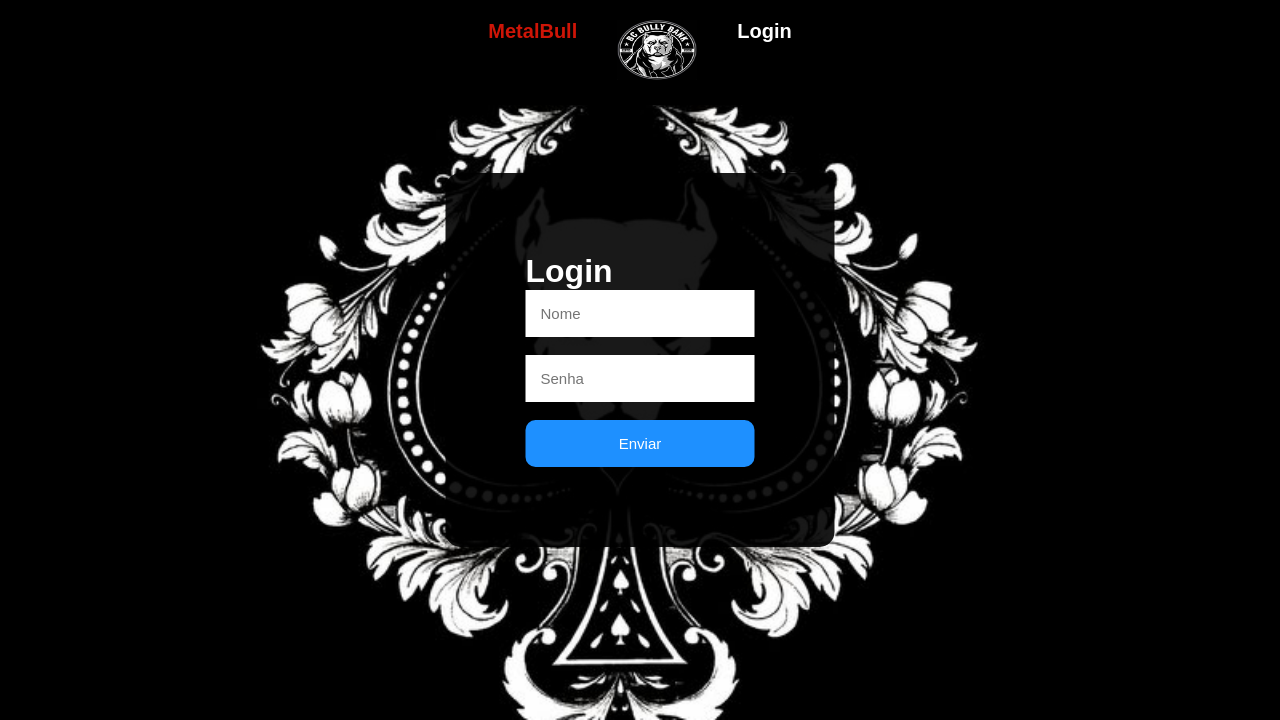
Repository: Vitor4863/Projeto-MetalBull
Page: http://localhost/MetalBull/
The author's editor kept a copy of each file at every save. The page is drawn from the files as they stood at one save, then again after the next save.
The browser window is 1280 px wide. The pictures show the whole page.
The page is served by Tomcat 9. Other server files are loaded and not shown.

Above is the page before, as saved 2022-06-23 21:52:02.

### MetalBull/src/main/webapp/index.jsp
<%@ page language="java" contentType="text/html; charset=ISO-8859-1"
	pageEncoding="ISO-8859-1"%>
<!DOCTYPE html>
<html>
<head>
<meta charset="ISO-8859-1">
<title>Insert title here</title>
</head>
<link rel="stylesheet" href="estilo.css">
<body>
	<style>
body {
	font-family: Arial, Helvetica, sans-serif;
	background-image: url("Image/pit2.jpg");
	background-repeat: no-repeat;
	background-size: cover;
	width: 100vw;
	height: 100vh;
}

div {
	background-color: rgba(0, 0, 0, 0.9);
	position: absolute;
	top: 50%;
	left: 50%;
	transform: translate(-50%, -50%);
	padding: 80px;
	border-radius: 15px;
	color: #fff;
}

input {
	padding: 15px;
	border: none;
	outline: none;
	font-size: 15px;
}

button {
	background-color: dodgerblue;
	border: none;
	padding: 15px;
	width: 100%;
	border-radius: 10px;
	color: white;
	font-size: 15px;
}

button:hover {
	background-color: deepskyblue;
	cursor: pointer;
}
</style>
</head>
<body>
	<nav class="PitBull">
		<ul>
			<li><span style="color: #ce1507">MetalBull</span></li>
			<li><img src="img/Dog.jpg" height="60px" width="80"></li>
			<li><a href="index.jsp" style="color: white;">Login </a></li>

		</ul>
	</nav>
	<div>
		<h1>Login</h1>
		<input type="text" placeholder="Nome"> <br>
		<br> <input type="password" placeholder="Senha"> <br>
		<br>
		<button>Enviar</button>
	</div>
</body>


</html>

### MetalBull/src/main/webapp/estilo.css
@charset "ISO-8859-1";
* {
	margin: 0;
	padding: 0;
	box-sizing: border-box;
	text-decoration: none;
	list-style: none;
	font-family: 'Montserrat', sans-serif;

}

.PitBull {
	width: 100vw;
}

.PitMain {
	background-image: url("img/R.jpg");
	background-repeat: no-repeat;
	background-size: cover;
	width: 100vw;
	height: 100vh;
}

.PitBull ul {
	display: flex;
	flex-direction: row;
	gap: 40px;
	width: 100%;
	justify-content: center;
	padding: 20px;
	background-color: #000000;
	color: white;
	font-weight: bold;
	font-size: 20px;
}

.PitForm {
	display: flex;
	flex-direction: column;
	padding: 45px;
	width: 800px;
	height: 400px;
	background-color: white;
	margin: 0 auto;
	margin-top: 4px;
	border-radius: 15px;
	box-shadow: 3px 3px 3px 3px rgba(0, 0, 0, 0.2);
	width: 800px;
	align-items: center;
	align-self: center;
}

.PitForm input {
	border-radius: 8px;
	border: 1px solid gray;
	width: 80px;
	padding: 10px;
	width: 400px;
	background-color: #d3d3d3;
}

.PitForm div {
	display: flex;
	align-items: center;
	gap: 15px;
	margin-bottom: 30px;
	gap: 15px;
}

#PitButton {
	background-color: black;
	border: none;
	color: white;
	font-weight: bold;
	cursor: pointer;

}
table{
	border: none;


	display: flex;
	flex-direction: column;
	padding: 45px;
	width: 800px;
	height: 400px;
	background-color: #8B0000;
	color: #d3d3d3;
	margin: 0 auto;
	margin-top: 4px;
	border-radius: 15px;
	box-shadow: 3px 3px 3px 3px rgba(0, 0, 0, 0.2);
	width: 800px;
	align-items: center;
	align-self: center;
	page-break-inside: auto;
	font-family: Arial, Helvetica, sans-serif;
	border-collapse: collapse;
	width: 100%;
	margin-top: 10px;


}
th{
	border: none;
	font-size: 20px;
	width: 50px;
  padding: 8px;


}
td{
	border:none ;
	width: 30px;


}
#Button{
	width:60px;
    margin: 5px;
	margin-top: 5px;
	background-color: #000000;
	color: #ff0000;
	cursor: pointer;
}

footer {
    position: absolute;
    background-color: black;
    color: #FFF;
    width: 100%;
    height: 100px;
    text-align: center;
    line-height: 100px;
	box-shadow: 5px 5px 5px rgba(0, 0, 0, 0.2);
}

After the next save:
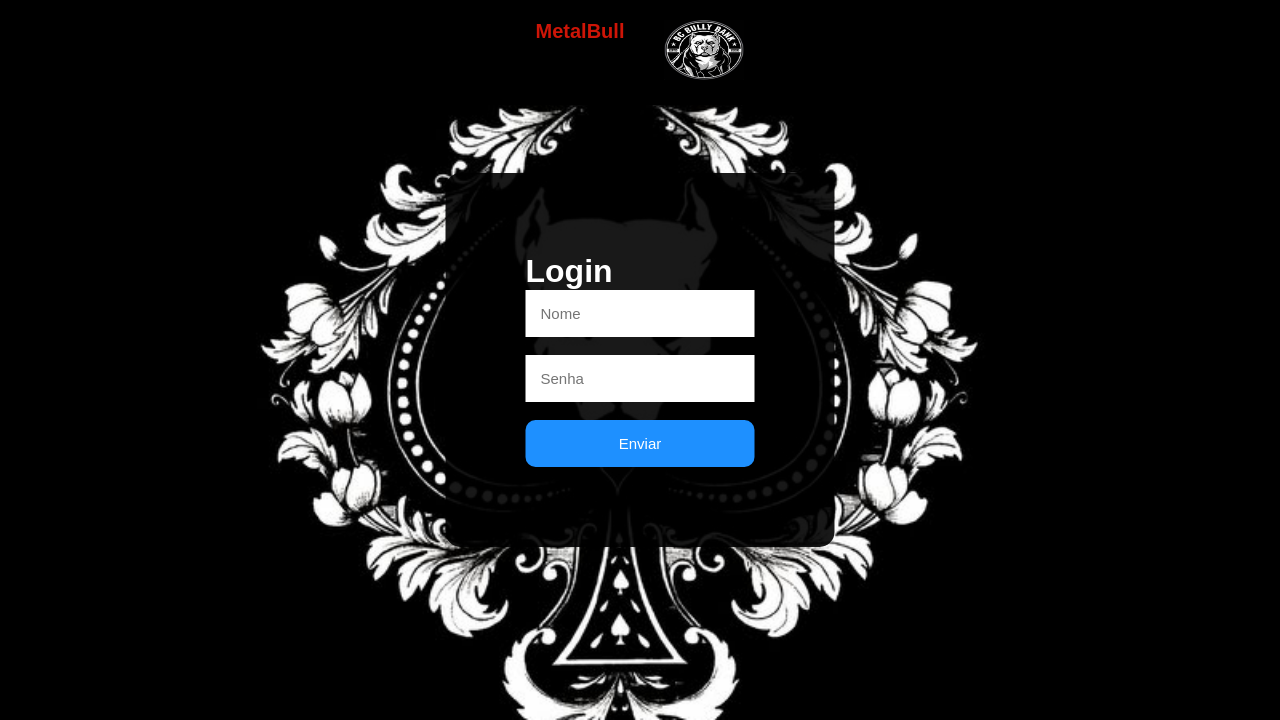
Saved 17 s later.
--- a/MetalBull/src/main/webapp/index.jsp
+++ b/MetalBull/src/main/webapp/index.jsp
@@ -57,7 +57,6 @@ button:hover {
 		<ul>
 			<li><span style="color: #ce1507">MetalBull</span></li>
 			<li><img src="img/Dog.jpg" height="60px" width="80"></li>
-			<li><a href="index.jsp" style="color: white;">Login </a></li>
 
 		</ul>
 	</nav>
